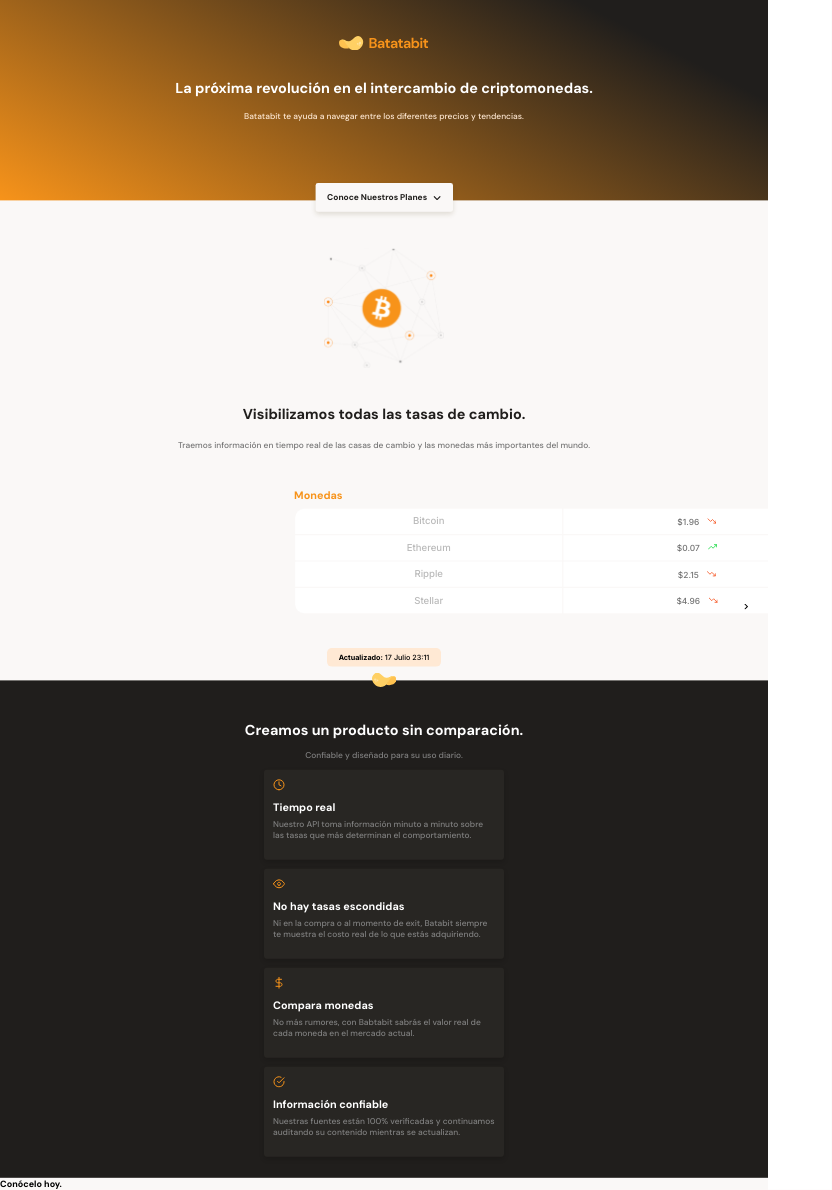
Repository: Pandrea-hub/Batatabit
Page: index.html
These files come from the project's save history. The page is drawn as it stood at one moment and after the next save; the edit follows.
The browser window is 1280 px wide. The page is 1386 px wide, so the pictures cover 1386 px, including what lies to the right of the window. The pictures show the whole page, at 60% of full size.

Above is the page before, as saved 2022-04-19 09:11:33.

### index.html
<!DOCTYPE html>
<html lang="en">
<head>
    <meta charset="UTF-8">
    <meta http-equiv="X-UA-Compatible" content="IE=edge">
    <meta name="viewport" content="width=device-width, initial-scale=1.0">
    <title>Document</title>
    <link rel="preconnect" href="https://fonts.googleapis.com">
    <link rel="preconnect" href="https://fonts.gstatic.com" crossorigin>
    <link href="https://fonts.googleapis.com/css2?family=DM+Sans:wght@400;500;700&family=Inter:wght@300;500;700&display=swap" rel="stylesheet">
    <link rel="stylesheet" href="./style.css">
</head>
<body>


    <header>

        <img src="./assets/img/logo.svg" alt="Logo del header donde estara una patata y el nombre que es Batatabit"/>
        <div class="header--title-container">
            <h1>La próxima revolución en el intercambio de criptomonedas.</h1>
            <p>Batatabit te ayuda a navegar entre los diferentes precios y tendencias.</p>
            <a href="" class="header--button">Conoce Nuestros Planes<span></span></a>
        </div>
    </header>


    <main>
        <section class="main-exchange--container">
            <div class="backgroungImg"></div>
            <div class="main-exchange--container--title">
                <h2>Visibilizamos todas las tasas de cambio.</h2>
                <p>Traemos información en tiempo real de las casas de cambio y las monedas más importantes del mundo.</p>
            </div>

            <section class="main-tables-container">
                <div class="main-currency-table">
                    <div class="currency-table">

                        <div class="container-arrow--left" id="arrow-left"></div>

                        <div class="currency-table--container" id="table-1">
                            <p class="currency-table--title" id="title-1">Monedas</p>
                            <table>
                                <tr>
                                    <tr>
                                        <td class="table__top--left">Bitcoin</td>
                                        <td class="table__top--right table__right">$1.96 <span class="down"></span></td>
                                    </tr>
                                    <tr>
                                        <td>Ethereum</td>
                                        <td class="table__right">$0.07 <span class="up"></span></td>
                                    </tr>
                                    <tr>
                                        <td>Ripple</td>
                                        <td class="table__right">$2.15 <span class="down"></span></td>
                                    </tr>
                                    <tr>
                                        <td class="table__bottom--left">Stellar</td>
                                        <td class="table__bottom-right table__right">$4.96 <span class="down"></span></td>
                                    </tr>
                                </tr>
                            </table>
                        </div>


                        <div class="currency-table--container" id="table-2">
                            <p class="currency-table--title" id="title-2">Comisiones</p>
                            <table>
                                <tr>
                                    <tr>
                                        <td class="table__top--left">Bitrade</td>
                                        <td class="table__top--right table__right">$ 12.96</td>
                                    </tr>
                                    <tr>
                                        <td>Bitpreco</td>
                                        <td class="table__right">$ 13.07</td>
                                    </tr>
                                    <tr>
                                        <td>Novadax</td>
                                        <td class="table__right">$ 13.15</td>
                                    </tr>
                                    <tr>
                                        <td class="table__bottom--left">Coinext</td>
                                        <td class="table__bottom-right table__right">$ 14.96</td>
                                    </tr>
                                </tr>
                            </table>
                        </div>

                        <div class="container-arrow" id="arrow-right"></div>

                    </div>

                    <div class="currency-table--date" id="table-date">
                        <p><b>Actualizado:</b> 17 Julio 23:11 </p></p>
                    </div>

                </div>
            </section>
        </section>

    <script>
        const arrow_right = document.getElementById("arrow-right")
        const arrow_left = document.getElementById("arrow-left")
        const table_1 = document.getElementById("table-1")
        const table_2 = document.getElementById("table-2")
        const date = document.getElementById("table-date");


        arrow_right.onclick = function(){
            arrow_right.style.display="none";
            table_1.style.display = "none"
            table_2.style.display = "grid"
            arrow_left.style.display = "block"
            date.style.backgroundColor="#E7F5FF";
        }
        arrow_left.onclick = function(){
            arrow_left.style.display="none";
            table_1.style.display = "grid"
            table_2.style.display = "none"
            arrow_right.style.display = "block"
            date.style.backgroundColor="#FFE9D4";
        }
    </script>


        <section class="main-product--detail">
            <span class="product-detail--batata-logo"></span>
            <div class="product-detail--title">
                <h2>Creamos un producto sin comparación.</h2>
                <p>Confiable y diseñado para su uso diario.</p>
            </div>
            <section class="product-cards--container">
                <article class="product-detail--card">
                    <span class="icon-card clock"></span>
                    <p class="product-card--title">Tiempo real</p>
                    <p class="product-card--body">Nuestro API toma información minuto a minuto sobre las tasas que más determinan el comportamiento.</p>
                </article>

                <article class="product-detail--card">
                    <span class="icon-card tasas"></span>
                    <p class="product-card--title">No hay tasas escondidas</p>
                    <p class="product-card--body">Ni en la compra o al momento de exit, Batabit siempre te muestra el costo real de lo que estás adquiriendo.</p>
                </article>


                <article class="product-detail--card">
                    <span class="icon-card money"></span>
                    <p class="product-card--title">Compara monedas</p>
                    <p class="product-card--body">No más rumores, con Babtabit sabrás el valor real de cada moneda en el mercado actual.</p>
                </article>


                <article class="product-detail--card">
                    <span class="icon-card info"></span>
                    <p class="product-card--title">Información confiable</p>
                    <p class="product-card--body">Nuestras fuentes están 100% verificadas y continuamos auditando su contenido mientras se actualizan.</p>
                </article>


            </section>

        </section>



        <section class="bitcoin-img--container">
            <h2>Conócelo hoy.</h2>
        </section>



        <section></section>
    </main>

    <footer></footer>

</body>
</html>

### style.css
/*
1. Position
2. Box model
3. typography
4. Visual themes
5. Others
*/

:root{
    --bitcoin-orange:#F7931A;
    --soft-orange:#FFE9D4;
    --secondary-blue:#1A9AF7;
    --soft-blue:#E7F5FF;
    --warm-black:#201E1C;
    --black: #201e1c;
    --grey: #bababa;
    --off-white: #faf8f7;
    --just-white: #fff;
}

*{
    padding: 0;
    margin: 0;
    box-sizing: border-box;
}


html{
    font-size: 62.5%;
    font-family: "DM Sans", sans-serif;
}

header{
    position: relative;
    display: flex;
    flex-direction:column;
    justify-content: center;
    width: 100%;
    height: 334px;
    min-width: 320px;
    text-align: center;
    background: linear-gradient(207.8deg, #201E1C 16.69%, #F7931A 100%);

}

header img{
    width: 150px;
    height: 24px;
    margin-top: 60px;
    align-self: center;
}

.header--title-container{
    width: 90%;
    min-width: 288px;
    max-width: 900px;
    height: 218px;
    margin-top: 50px;
    text-align: center;
    align-self:center;
}

.header--title-container h1{
    font-size: 2.4rem;
    font-weight: bold;
    line-height: 2.6rem;
    color: var(--just-white);
}

.header--title-container p{
    font-size: 1.4rem;
    font-weight: 500;
    line-height: 1.8rem;
    color:var(--soft-orange);
    margin-top: 2.4rem;
}


.header--title-container .header--button{
    left: calc(50% - 229px/2);
    position: absolute;
    top: 270px;
    display: block;
    margin-top: 35px;
    padding: 15px;
    width: 229px;
    height: 48px;
    background-color: var(--off-white);
    /* Box shadow */
    box-shadow: 0px 4px 8px rgba(89, 73, 30, 0.16);
    border-radius: 4px;
    font-weight: bold;
    font-size: 14px;
    line-height: 18px;
    color:var(--warm-black);
    text-decoration: none;
}

.header--button span{
    display: inline-block;
    width: 13px;
    height: 8px;
    margin-left: 10px;
    background-image: url('./assets/icons/down-arrow.svg');
}

main{
    width: 100%;
    height: auto;
    background-color:var(--off-white);
    min-width: 320px;
}


.main-exchange--container{
    width: 100%;
    height: auto;
    padding-top: 80px;
    padding-bottom: 30px;
    text-align: center;
}

.main-exchange--container--title{
    width: 100%;
    min-width: 288px;
    max-width: 900px;
    margin: 10px auto;
    padding: 1%;
}

.main-exchange--container .backgroungImg{
    width: 200px;
    height: 200px;
    margin: 0 auto;
    margin-bottom: 50px;
    background-image: url(./assets/img/bitcoin.svg);
    background-size: cover;
    background-position: center;
    background-repeat: no-repeat;
}


.main-exchange--container--title h2{
    margin-bottom: 30px;
    font-size: 2.4rem;
    font-weight: bold;
    line-height: 2.6rem;
    align-self:center;
    color:var(--warm-black);
}




.main-exchange--container--title p{
    margin-bottom: 30px;
    font-size: 1.4rem;
    line-height: 1.8rem;
    font-weight: 500;
    color:#757575;
    text-align: center;

}





/*Tables*/


.main-tables-container{
    margin: 20px auto;
    width: 100%;
}



.main-currency-table{
    display: flex;
    flex-direction: column;
    width: 70%;
    min-width: 235px;
    max-width: 500px;
    height: 240px;
    margin: 0 auto;
    font-family: "Inter", sans-serif;
}

.main-currency-table .currency-table--title{
    width: 81px;
    height: 10px;
    margin: 0 auto;
    position: absolute;
    font-size: 1.8rem;
    font-weight: bold;
    line-height: 2.3rem;
    font-family: "DM Sans";
    color:var(--bitcoin-orange);
}

.currency-table{
    width: 100%;
}


.currency-table--container{
    margin: 0 auto;
    width: 100%;
    height: 90px;
    min-width: 230px;
    max-width: 300px;

}

.currency-table--container table{
    width: 70%;
    height: 180px;
    margin: 30px auto;
    position: absolute;
}


.currency-table--container td{
    width: 50%;
    font-size: 1.6rem;
    font-weight: 500;
    line-height: 1.9rem;
    color:var(--grey);
    background-color:var(--just-white);
    margin: 0px 10px;

}

.table__top--left{
    border-radius: 15px 0 0 0;
}

.table__top--right{
    border-radius:0 15px 0 0;
}


.table__bottom-right{
    border-radius:0 0 15px 0;
}

.table__bottom--left{
    border-radius:0 0 0 15px;
}

.currency-table--container .table__right{
    font-size: 1.4rem;
    font-weight: normal;
    line-height: 1.7rem;
    color:#757575;
}


.currency-table--container .down{
    display: inline-block;
    width: 15px;
    height: 15px;
    margin-left: 10px;
    background-image:url("./assets/icons/trending-down.svg");
    background-size:cover;
    background-repeat:no-repeat;
}

.currency-table--container .up{
    display: inline-block;
    width: 15px;
    height: 15px;
    margin-left: 10px;
    background-image:url("./assets/icons/trending-up.svg");
    background-size:cover;
    background-repeat:no-repeat;
}


.currenty-table{
    display: grid;
    grid-template-columns: 1fr 1fr 1fr;

}


.container-arrow{
    height: 10px;
    width: 12px;
    background-image: url("../assets/icons/right-arrow.svg");
    background-repeat: no-repeat;
    background-size: contain;
    background-position: center;
    position: absolute;
    margin-top: 8%;
    right: 31px;
    cursor: pointer;
}


.container-arrow--left{
    display: none;
    height: 10px;
    width: 12px;
    background-image: url("../assets/icons/left-arrow.svg");
    background-repeat: no-repeat;
    background-size: contain;
    background-position: center;
    position: absolute;
    margin-top:120px;
    left: 20px;
    cursor: pointer;
}


#title-2{
    color:var(--secondary-blue);
}



.currency-table--date{
    margin: 0 auto;
    font-size: 12px;
    position: absolute;
    width: 190px;
    height: 31px;
    left: calc(50% - 95px);
    top: 1080px;
    padding: 8px;
    background-color:var(--soft-orange);
    border-radius:8px;
}

#table-2{
    display: none;
}

.main-product--detail{
    position: relative;
    width: 100%;
    min-width: 320px;
    height: auto;
    padding: 20px 10px;
    background-color:var(--warm-black);
    margin-top: 30px;
}


.product-detail--batata-logo{
    left: calc(50% - 20px);
    top: -12.5px;
    position: absolute;
    width: 40px;
    height: 25px;
    background-image:url("./assets/icons/batata.svg");
}


.product-detail--title{
    width: 90%;
    min-width: 288px;
    height: auto;
    margin: 0 auto;
    margin-top: 50px;
    text-align: center;
}


.product-detail--title h2{
    margin-bottom: 20px;
    font-size: 2.4rem;
    font-weight: bold;
    line-height: 2.6rem;
    color:var(--just-white);

}

.product-detail--title p{
    color:#808080;
    font-size: 1.4rem;
    font-weight: 500;
    line-height: 1.8rem;
}


.product-detail--card{
    width: 90%;
    min-width: 288px;
    max-width: 400px;
    height: 150px;
    margin: 15px auto;
    padding: 15px;
    background-color:#282623;
    border-radius:5px;
    box-shadow:0px 4px 8px rgba(0, 0, 0, 0.16);

}


.product-detail--card .icon-card{
    display: inline-block;
    width: 20px;
    height: 20px;
    background-position: center;
    background-size: cover;
    background-repeat: no-repeat;
    margin-bottom: 15px;

}

.clock{
    background-image:url("./assets/icons/clock.svg");
}

.tasas{
    background-image:url("./assets/icons/eye.svg");
}

.money{
    background-image:url("./assets/icons/dollar-sign.svg");
}

.info{
    background-image:url("./assets/icons/check-circle.svg");
}

.product-card--title{
    font-weight: 700;
    font-weight: bold;
    font-size: 1.8rem;
    line-height: 1.8rem;
    color:var(--just-white);
}


.product-card--body{
    font-weight: 500;
    font-size: 1.4rem;
    line-height: 1.8rem;
    color: #808080;
    margin-top: 10px;
}

After the next save:
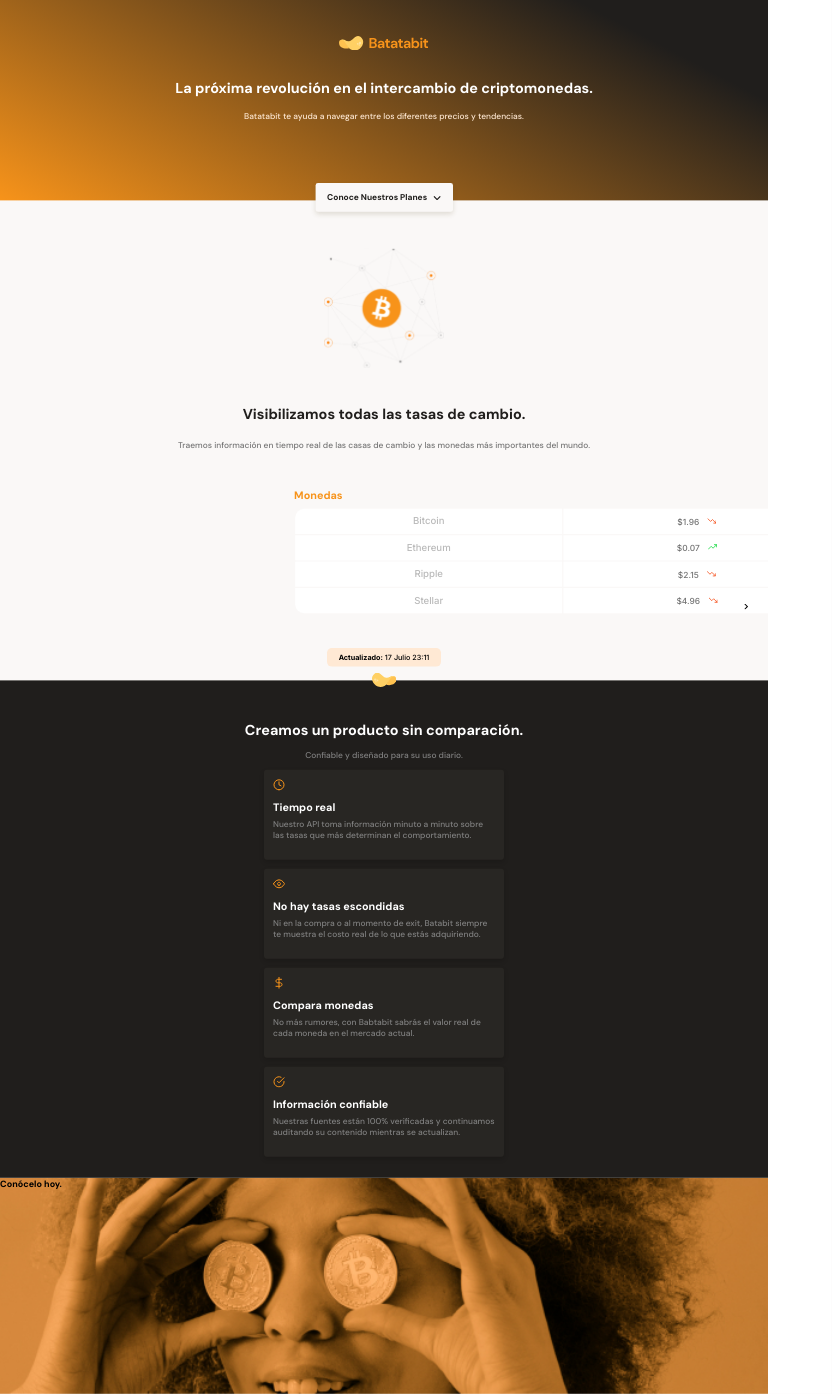
Saved 11 min 32 s later.
--- a/style.css
+++ b/style.css
@@ -442,3 +442,13 @@
     color: #808080;
     margin-top: 10px;
 }
+
+.bitcoin-img--container{
+    width: 100%;
+    min-width: 320px;
+    height: 50vh;
+    background-image:url('./assets/img/bitcoinbaby2x.jpg');
+    background-position:center;
+    background-size:cover;
+    background-repeat:no-repeat;
+}
